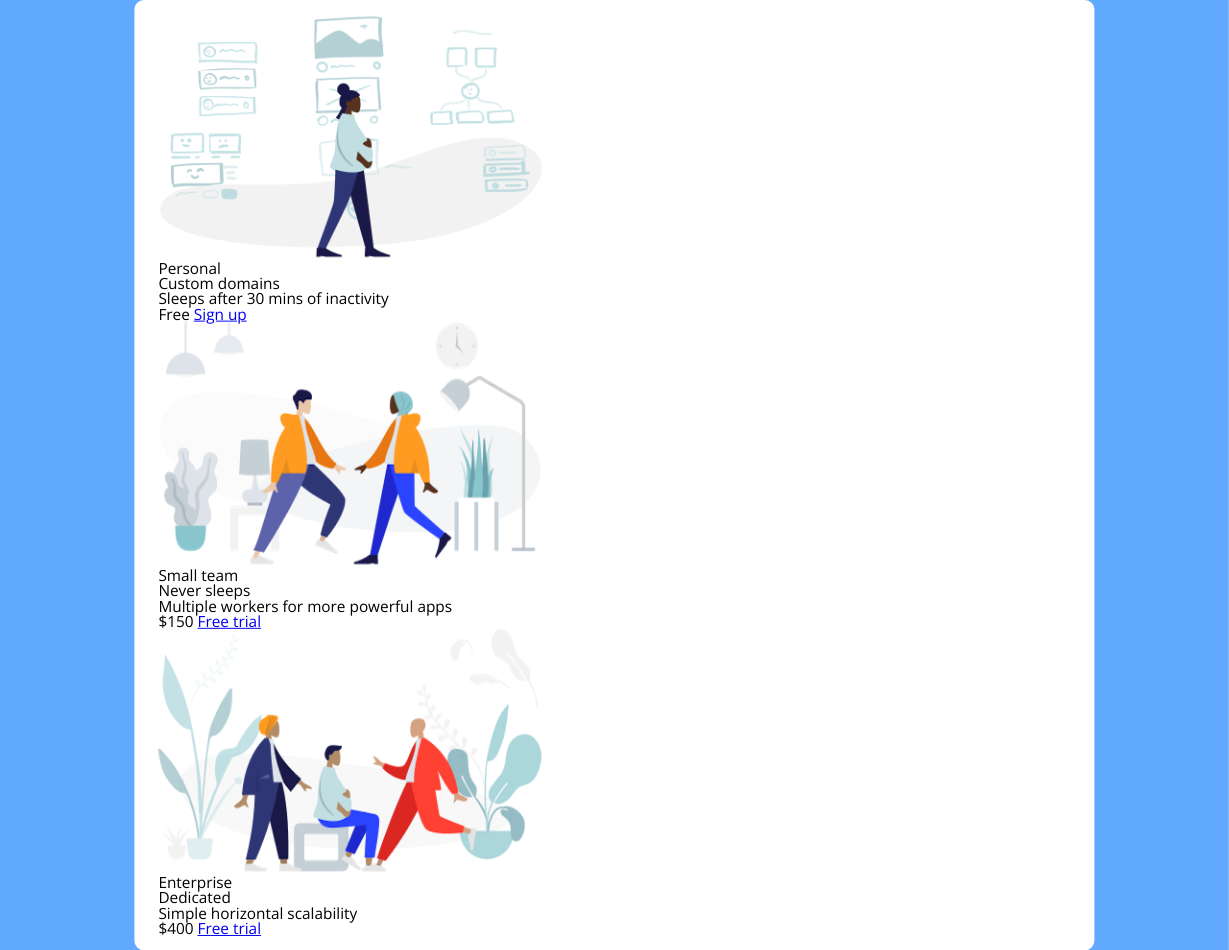
Repository: patrik-fredlund/pricing_panel_udemy
Page: PriceTableStarter/index.html
An editor plug-in stored every save of this project. The page is shown before and after the next save, followed by the edit.
The browser window is 1280 px wide. The pictures show the whole page, at 96% of full size.

Above is the page before, as saved 2021-06-27 13:19:35.

### PriceTableStarter/index.html
<!DOCTYPE html>
<html lang="en">

<head>
    <meta charset="UTF-8">
    <meta name="viewport" content="width=device-width, initial-scale=1.0">
    <title>Price Tiers</title>
    <link rel="stylesheet" href="https://fonts.googleapis.com/css?family=Open+Sans:400,600,700">
    <link rel="stylesheet" href="app.css">
</head>

<body>
    <div class="panel pricing-table">

        <div class="pricing-plan">
            <img src="icons/icon1.png" alt="" class="pricing-img">
            <h2 class="pricing-header">Personal</h2>
            <ul class="pricing-features">
                <li class="pricing-features-item">Custom domains</li>
                <li class="pricing-features-item">Sleeps after 30 mins of inactivity</li>
            </ul>
            <span class="pricing-price">Free</span>
            <a href="#/" class="pricing-button">Sign up</a>
        </div>

        <div class="pricing-plan">
            <img src="icons/icon2.png" alt="" class="pricing-img">
            <h2 class="pricing-header">Small team</h2>
            <ul class="pricing-features">
                <li class="pricing-features-item">Never sleeps</li>
                <li class="pricing-features-item">Multiple workers for more powerful apps</li>
            </ul>
            <span class="pricing-price">$150</span>
            <a href="#/" class="pricing-button is-featured">Free trial</a>
        </div>

        <div class="pricing-plan">
            <img src="icons/icon3.png" alt="" class="pricing-img">
            <h2 class="pricing-header">Enterprise</h2>
            <ul class="pricing-features">
                <li class="pricing-features-item">Dedicated</li>
                <li class="pricing-features-item">Simple horizontal scalability</li>
            </ul>
            <span class="pricing-price">$400</span>
            <a href="#/" class="pricing-button">Free trial</a>
        </div>

    </div>

</body>

</html>

### PriceTableStarter/app.css
/* http://meyerweb.com/eric/tools/css/reset/
   v2.0 | 20110126
   License: none (public domain)
*/

/* ---------------css reset------------------ */

html, body, div, span, applet, object, iframe,
h1, h2, h3, h4, h5, h6, p, blockquote, pre,
a, abbr, acronym, address, big, cite, code,
del, dfn, em, img, ins, kbd, q, s, samp,
small, strike, strong, sub, sup, tt, var,
b, u, i, center,
dl, dt, dd, ol, ul, li,
fieldset, form, label, legend,
table, caption, tbody, tfoot, thead, tr, th, td,
article, aside, canvas, details, embed,
figure, figcaption, footer, header, hgroup,
menu, nav, output, ruby, section, summary,
time, mark, audio, video {
	margin: 0;
	padding: 0;
	border: 0;
	font-size: 100%;
	font: inherit;
	vertical-align: baseline;
}
/* HTML5 display-role reset for older browsers */
article, aside, details, figcaption, figure,
footer, header, hgroup, menu, nav, section {
	display: block;
}
body {
	line-height: 1;
}
ol, ul {
	list-style: none;
}
blockquote, q {
	quotes: none;
}
blockquote:before, blockquote:after,
q:before, q:after {
	content: '';
	content: none;
}
table {
	border-collapse: collapse;
	border-spacing: 0;
}


/* ------------------------------------------- */

html {
    box-sizing: border-box;
    font-family: 'Open Sans', sans-serif;
}

body {
    background-color: #60a9ff;
    display: flex;
    justify-content: center;
    align-items: center;
    min-height: 100vh;
}

.panel {
    background-color: white;
    border-radius: 10px;
    padding: 15px 25px;
    width: 100%;
    max-width: 950px;
}

After the next save:
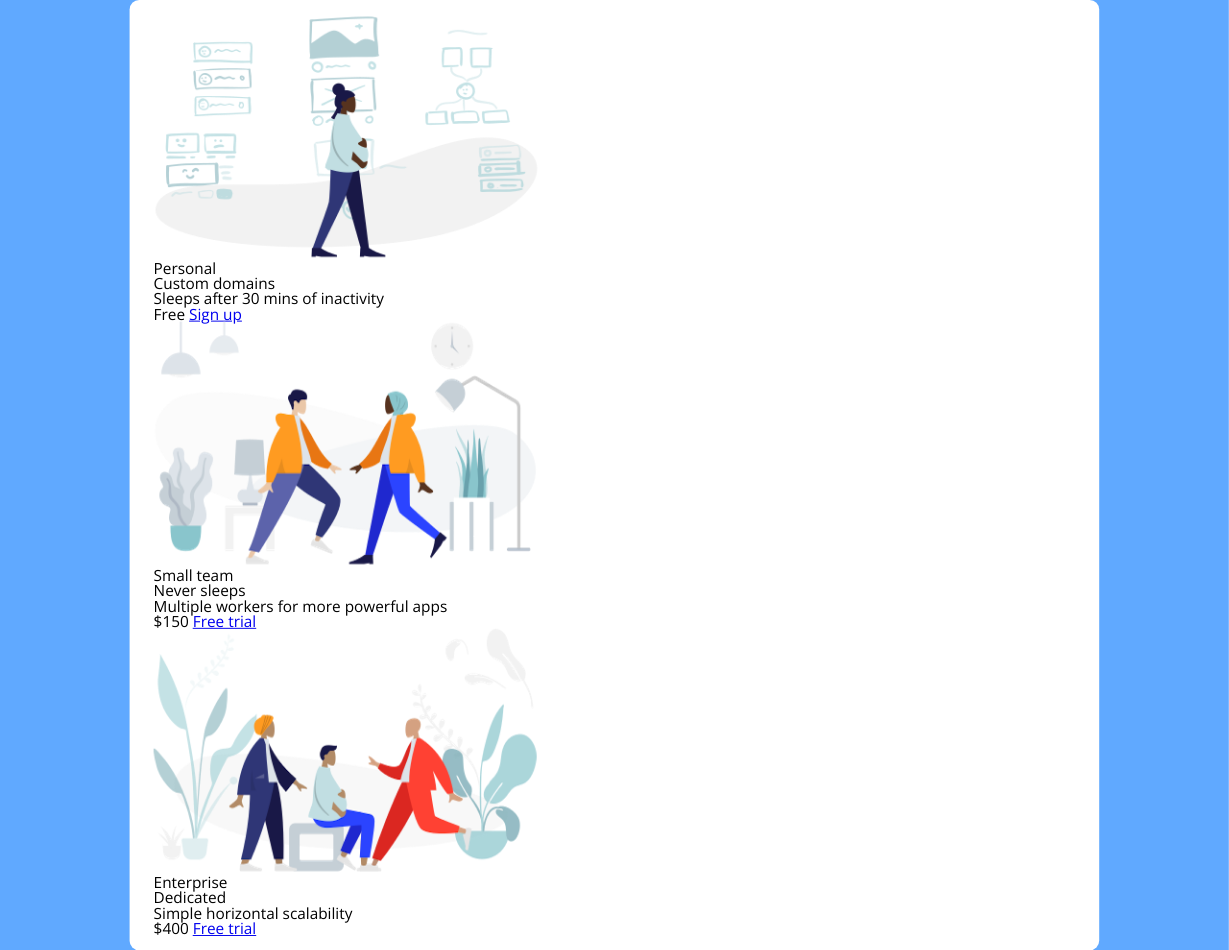
Saved 17 s later.
--- a/PriceTableStarter/app.css
+++ b/PriceTableStarter/app.css
@@ -70,5 +70,5 @@ body {
     border-radius: 10px;
     padding: 15px 25px;
     width: 100%;
-    max-width: 950px;
+    max-width: 960px;
 }
